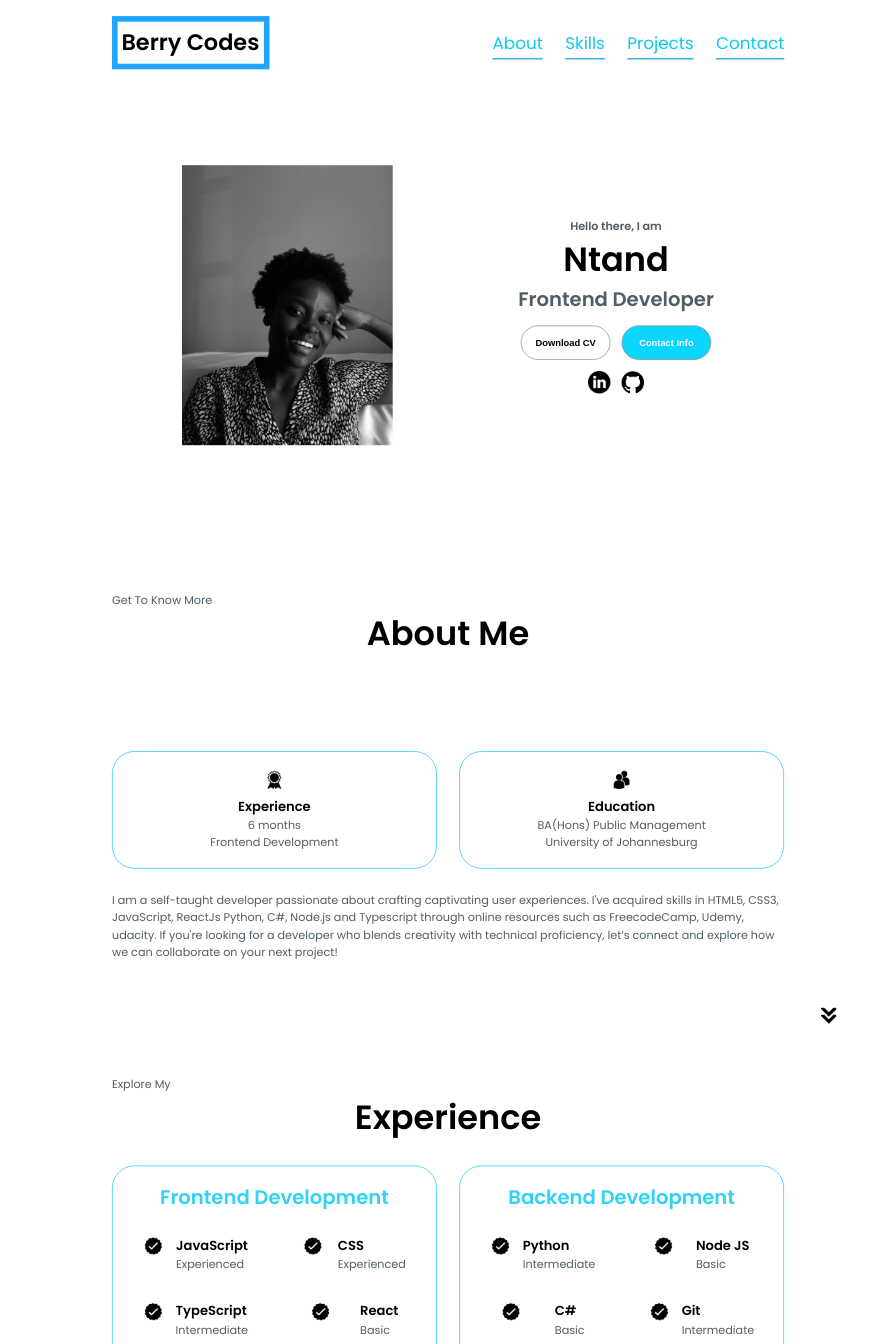
Repository: ntandomagana/FS-Dev-Portfolio
Page: index.html
These files come from the project's save history. The page is drawn as it stood at one moment and after a run of saves; the edit follows.
The browser window is 1280 px wide. The pictures show the part of the page from y = 0 to 1920 px (the page is 3177 px tall), at 70% of full size.

Above is the page before, as saved 2024-05-06 11:36:53.

After the next 2 saves:
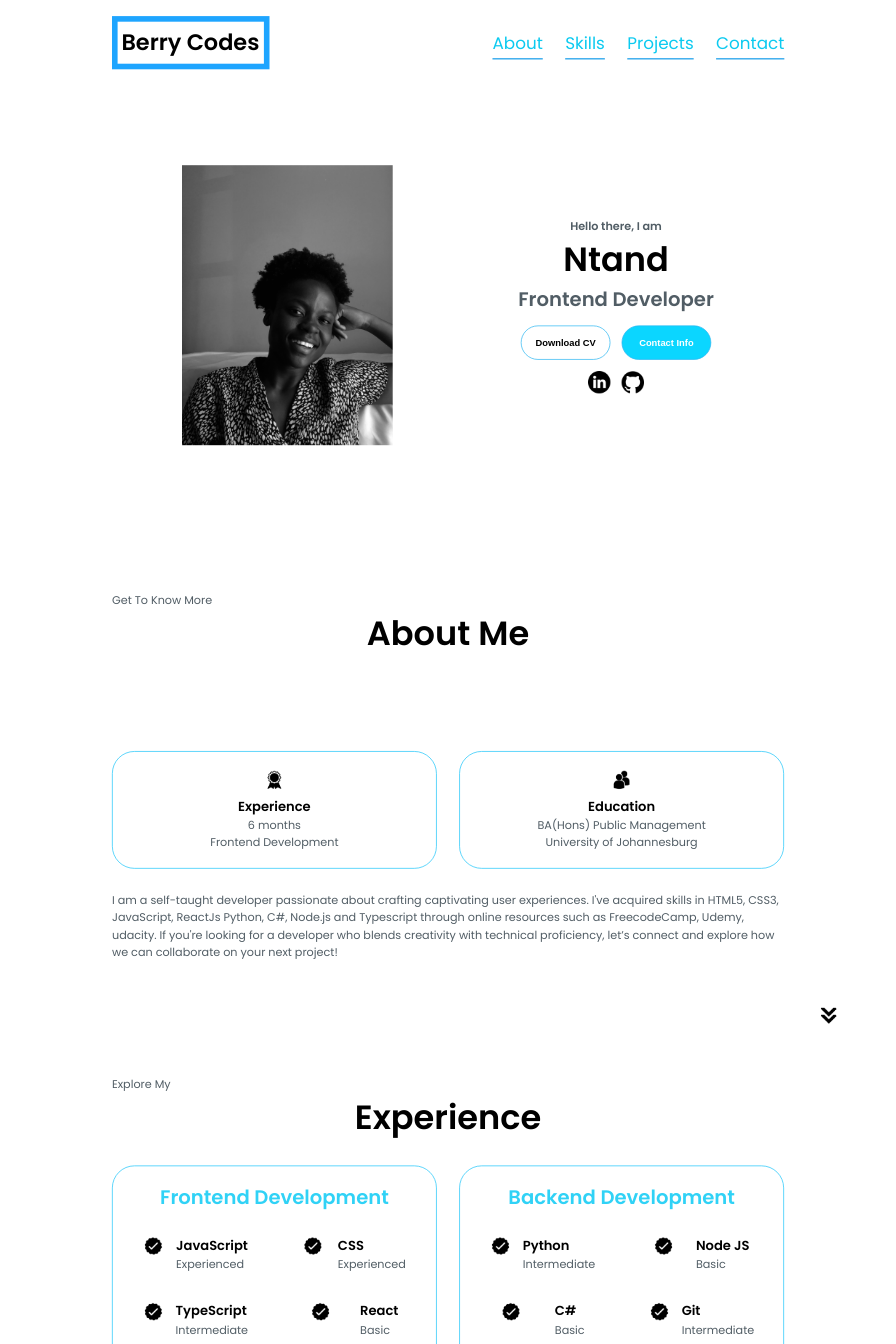
The 2 saves are shown as one change because they came seconds apart.
The last was saved 5 s later.
--- a/style.css
+++ b/style.css
@@ -75,6 +75,7 @@
   width: 30px;
   cursor: pointer;
 }
+
 
 
 .hamburger-icon span {
@@ -216,7 +217,7 @@
 
 .btn-color-1,
 .btn-color-2 {
-  border: rgb(128, 142, 147) 0.1rem solid;
+  border: rgb(43, 182, 241) 0.1rem solid;
 }
 
 .btn-color-1:hover,
